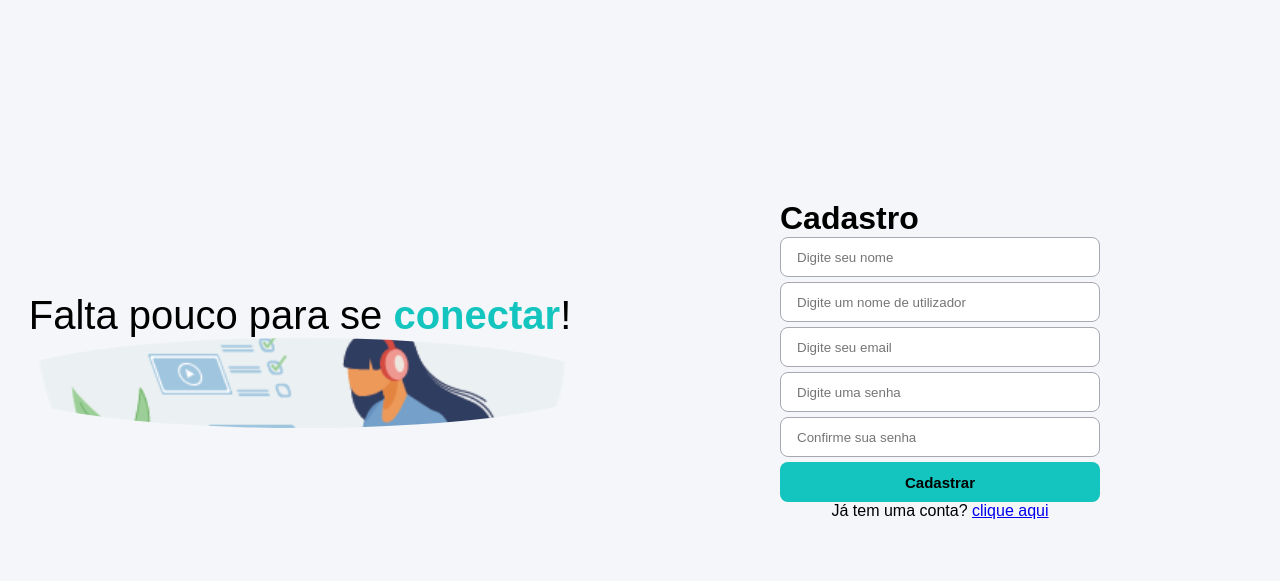
Repository: maiconLs/Wuphf-React-Node
Page: /register (app in frontend/)
These files come from the project's save history. The page is drawn as it stood at one moment and after the next save; the edit follows.
The browser window is 1280 px wide. The pictures show the whole page.
Some web fonts or font styles are not loaded; a fallback is used. The project was rebuilt for these pictures with package versions that can differ from the ones it lists, and the page was loaded fresh each time. Also part of the build but not shown: frontend/src/components/header.scss, frontend/src/components/index.tsx, frontend/src/pages/Home/home.scss, frontend/src/pages/Home/index.js, frontend/src/pages/SignIn/index.tsx, frontend/src/pages/Profile/profile.scss, frontend/src/pages/Profile/index.tsx, frontend/src/pages/EditUser/index.tsx.

Above is the page before, as saved 2022-01-24 20:43:26.

After the next save:
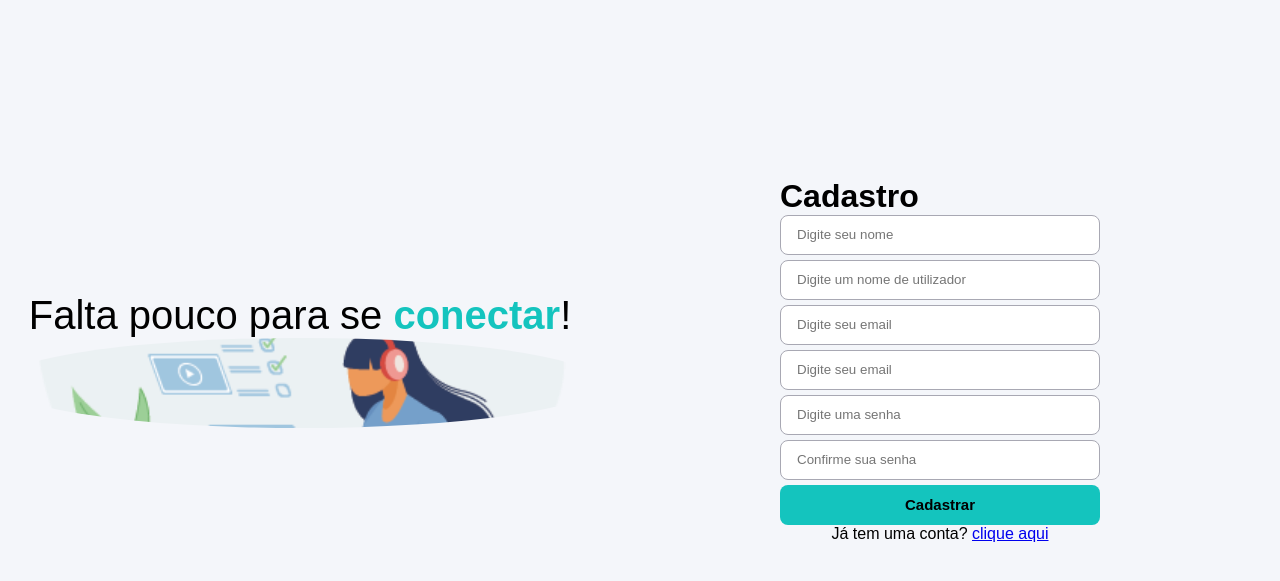
Saved 8 s later.
--- a/frontend/src/pages/SignUp/index.tsx
+++ b/frontend/src/pages/SignUp/index.tsx
@@ -44,6 +44,7 @@ export default function SignUp(){
               <input name="name" type="text" placeholder="Digite seu nome"  onChange={handleChange}/>
               <input name="username" type="text" placeholder="Digite um nome de utilizador"  onChange={handleChange}/>
               <input name="email" type="email" placeholder="Digite seu email"  onChange={handleChange}/>
+              <input name="email" type="email" placeholder="Digite seu email"  onChange={handleChange}/>
               <input name="password" type="password" placeholder="Digite uma senha"  onChange={handleChange}/>
               <input name="confirmPassword" type="password" placeholder="Confirme sua senha"  onChange={handleChange}/>
               <button type="submit">{loading ? 'Carregando...' : 'Cadastrar'}</button>
